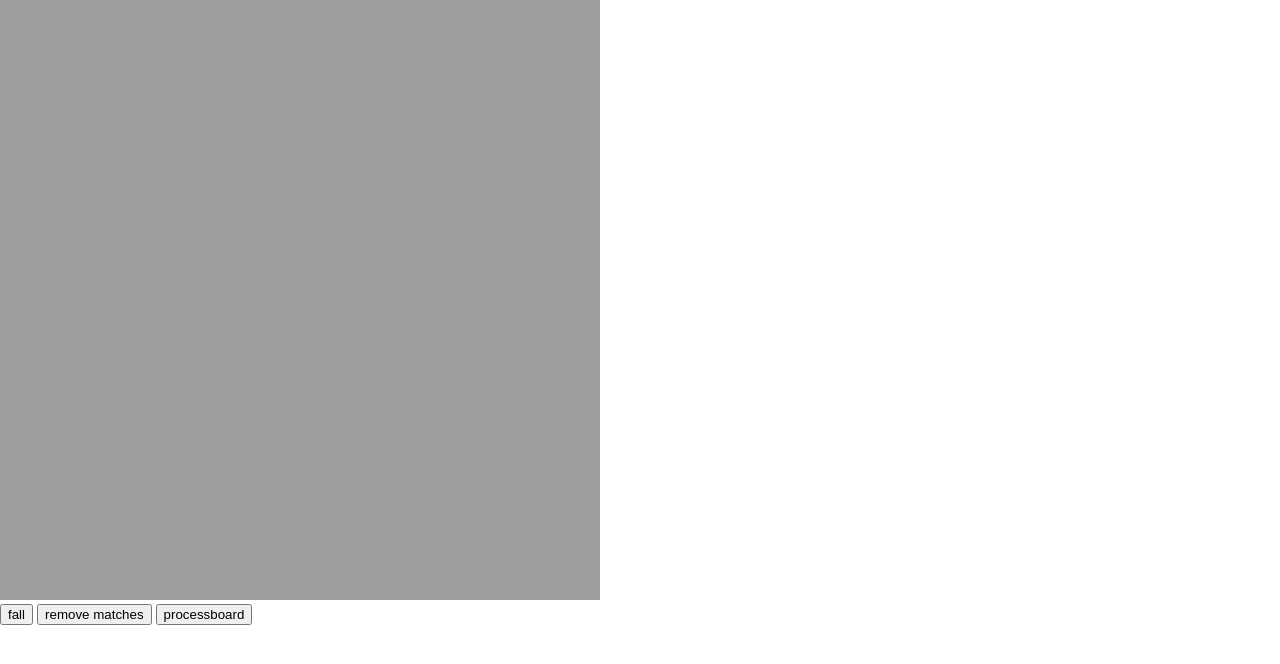
Repository: WebRTCGame/Match-Three-Blueprint
Page: index.html
The author's editor kept a record of every edit. The page is drawn from the files as they stood at one moment, then again after the next edit.
The browser window is 1280 px wide. The pictures show the whole page.

Above is the page before.

After the next edit:
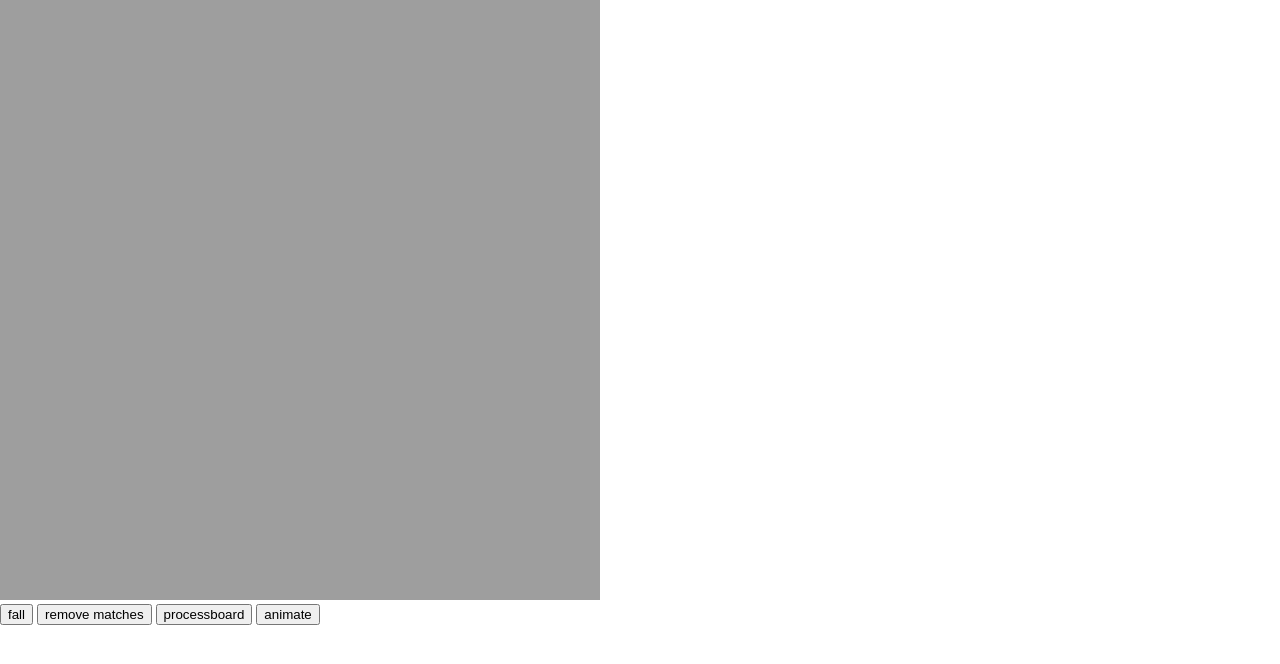
The edit:
--- a/index.html
+++ b/index.html
@@ -20,6 +20,7 @@
         <button id="fall" onclick="game.fall(grid.cells);">fall</button>
         <button id="removedupes" onclick="game.checkBoardForMatches(grid.cells);">remove matches</button>
         <button id="processBoard" onclick="xprocessBoard();">processboard</button>
+        <button id="processBoard" onclick="anim();">animate</button>
 
     </div>
     <script src="//cdnjs.cloudflare.com/ajax/libs/gsap/latest/TweenMax.min.js"/></script>
